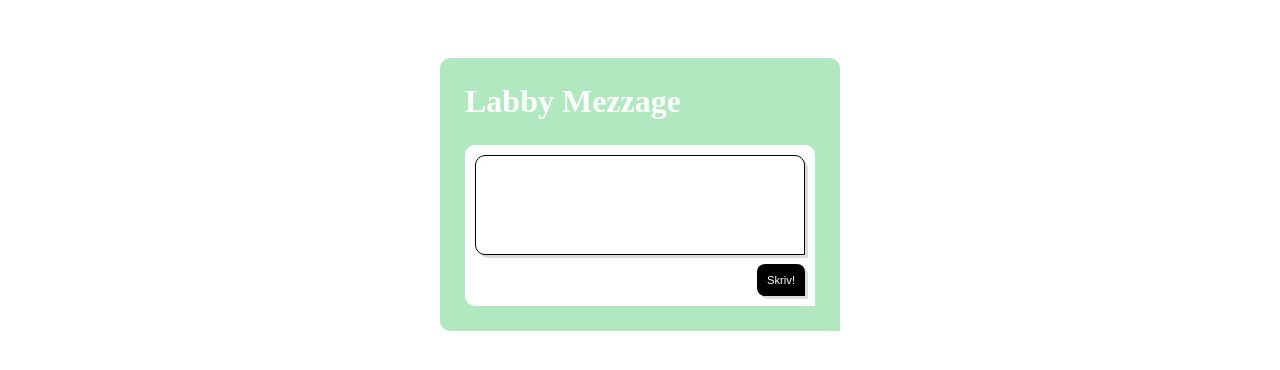
Repository: lw222gu/1dv403-laborationer
Page: 2-labbymezzage/index.html
The author's editor kept a record of every edit. The page is drawn from the files as they stood at one moment, then again after the next edit.
The browser window is 1280 px wide. The pictures show the whole page.
Some web fonts or font styles are not loaded; a fallback is used.

Above is the page before.

After the next edit:
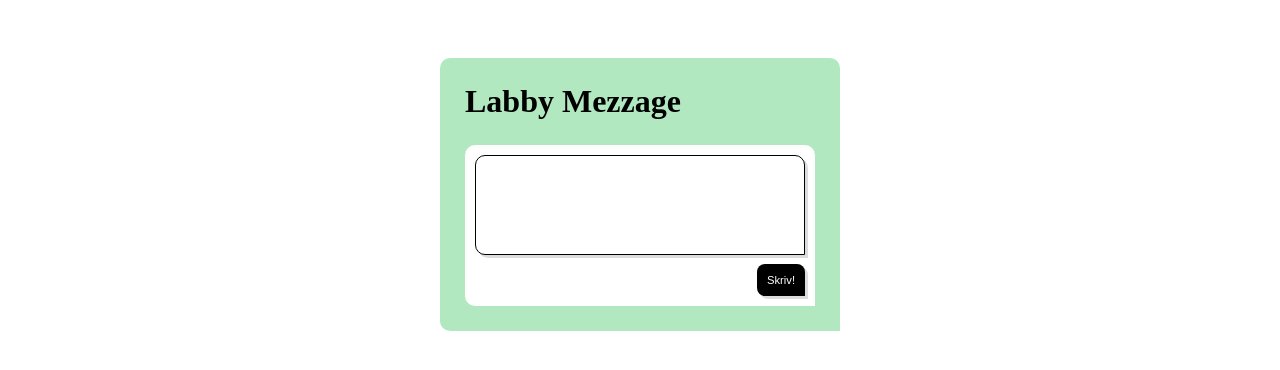
The edit:
--- a/2-labbymezzage/style.css
+++ b/2-labbymezzage/style.css
@@ -25,7 +25,7 @@
 
 h1 {
     font-family: 'Shadows Into Light Two', cursive;
-    color: #FFF ;
+    color: #000 ;
     margin:0px;
 }
 
